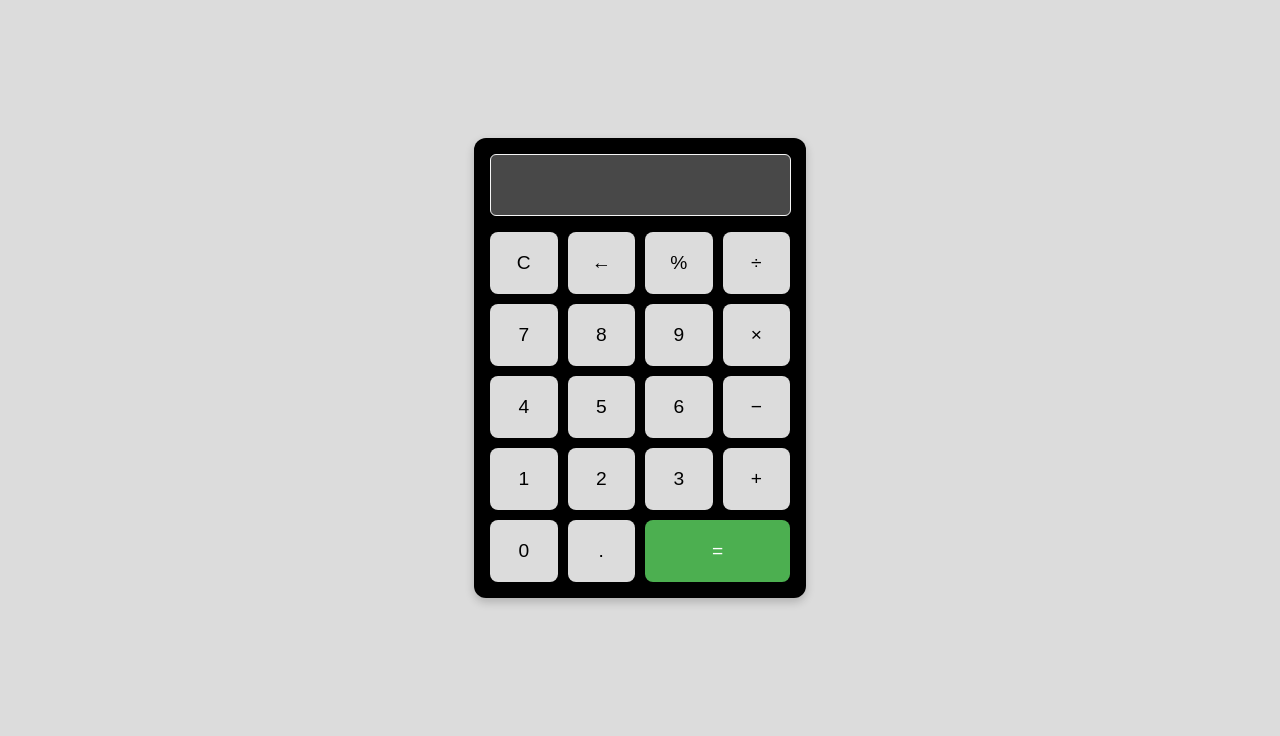
Repository: Eh-Vee/Calculator
Page: index.html
An editor plug-in stored every save of this project. The page is shown before and after a run of saves, followed by the edit.
The browser window is 1280 px wide. The pictures show the whole page.

Above is the page before, as saved 2025-06-04 08:52:12.

After the next 2 saves:
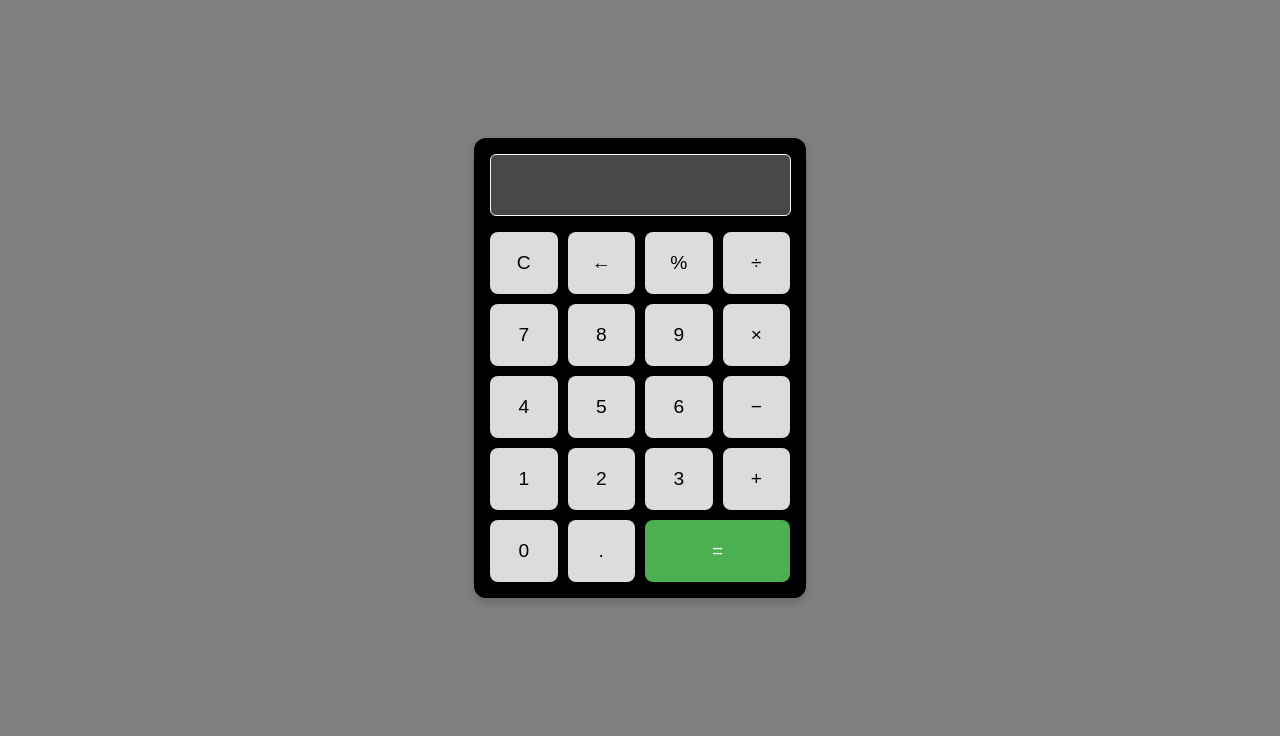
The 2 saves are shown as one change because they came seconds apart.
The last was saved 16 s later.
--- a/styles.css
+++ b/styles.css
@@ -1,5 +1,5 @@
 body {
-  background: gainsboro;
+  background: gray;
   display: flex;
   height: 100vh;
   justify-content: center;
